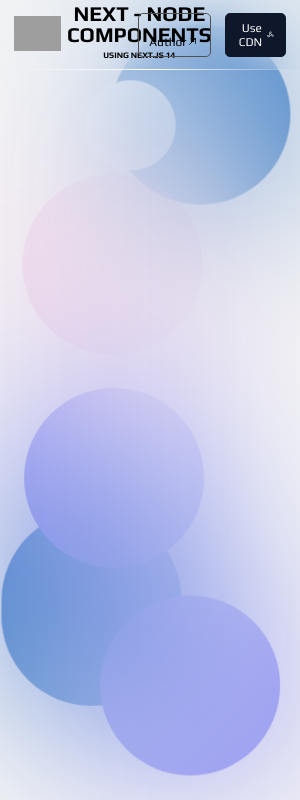
Repository: keval-gohil/komponents
Page: /
An editor plug-in stored every save of this project. The page is shown before and after the next save, followed by the edit.
The browser window is 300 px wide. The pictures show the whole page.
Pictures or frames that could not be fetched are drawn as grey boxes. Some web fonts or font styles are not loaded; a fallback is used. The project was rebuilt for these pictures with package versions that can differ from the ones it lists, and the page was loaded fresh each time. The framework's server and built-in components were replaced by stand-ins that run in the browser. Also part of the build but not shown: next.config.mjs.

Above is the page before, as saved 2024-03-07 18:00:48.

After the next save:
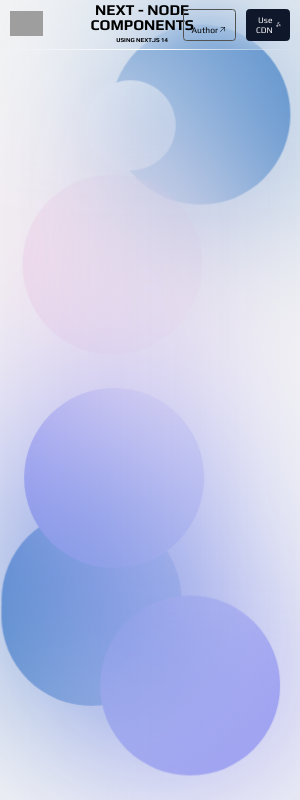
Saved 25 s later.
--- a/app/globals.css
+++ b/app/globals.css
@@ -144,11 +144,11 @@
   }
   @media (max-width: 500px) {
 	html{
-		font-size: 7px;
+		font-size: 6px;
 	}
   }
   @media (max-width: 300px) {
 	html{
-		font-size: 7px;
+		font-size: 5px;
 	}
   }
